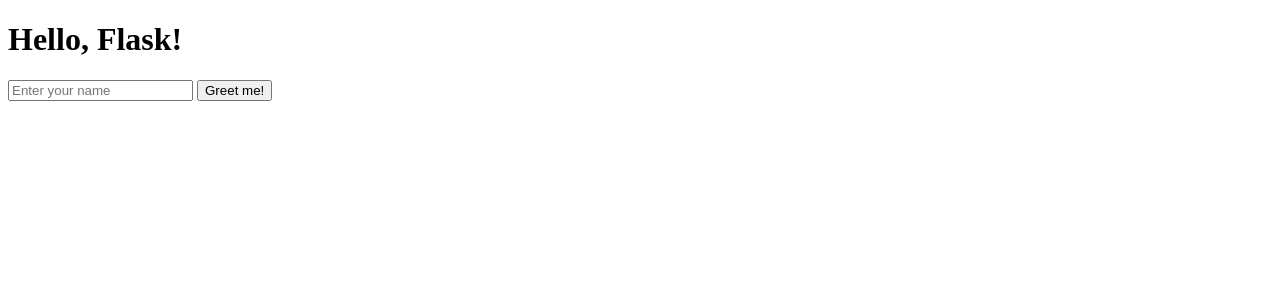
Repository: AlexandruMoloman/Instagram-Login-25Sep2024-
Page: http://localhost/
These files come from the project's save history. The page is drawn as it stood at one moment and after the next save; the edit follows.
The browser window is 1280 px wide. The pictures show the whole page.
The page is served by the project's application, run on Flask 3 (app.py).

Above is the page before, as saved 2024-09-15 21:04:19.

After the next save:
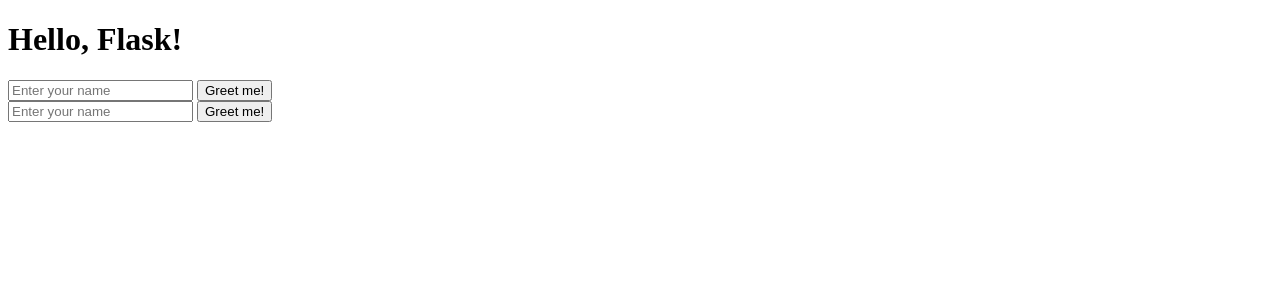
Saved 45 s later.
--- a/templates/index.html
+++ b/templates/index.html
@@ -11,5 +11,9 @@
       <input type="text" name="username" placeholder="Enter your name" />
       <input type="submit" value="Greet me!" />
     </form>
+    <form method="POST" action="/add-user">
+      <input type="text" name="username" placeholder="Enter your name" />
+      <input type="submit" value="Greet me!" />
+    </form>
   </body>
 </html>
